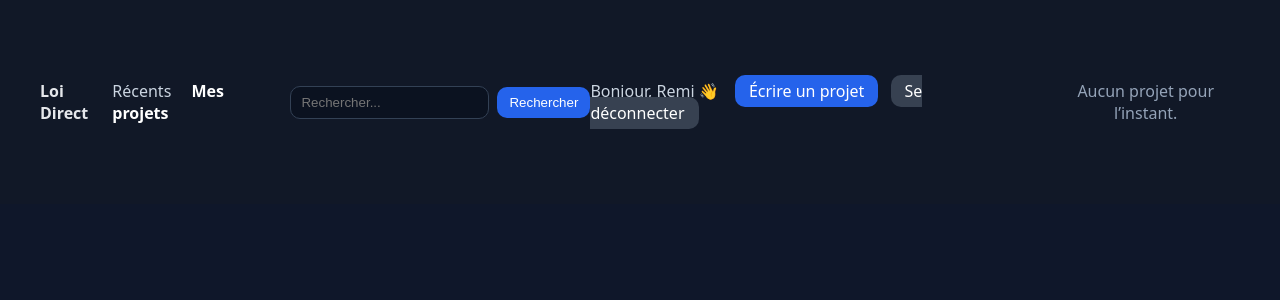
Repository: remi77130/loi-direct
Page: http://localhost/loi/index.php?mine=1
The author's editor kept a copy of each file at every save. The page is drawn from the files as they stood at one save, then again after the next save.
The browser window is 1280 px wide. The pictures show the whole page.
The page is run by PHP 8.4 with error messages shown; the project is at /var/www/html/. The session is filled in as if someone had signed in: {"user_id": 37, "pseudo": "Remi"}. The database holds what the project's SQL file puts in it.

Above is the page before, as saved 2025-09-16 13:32:36.

After the next save:
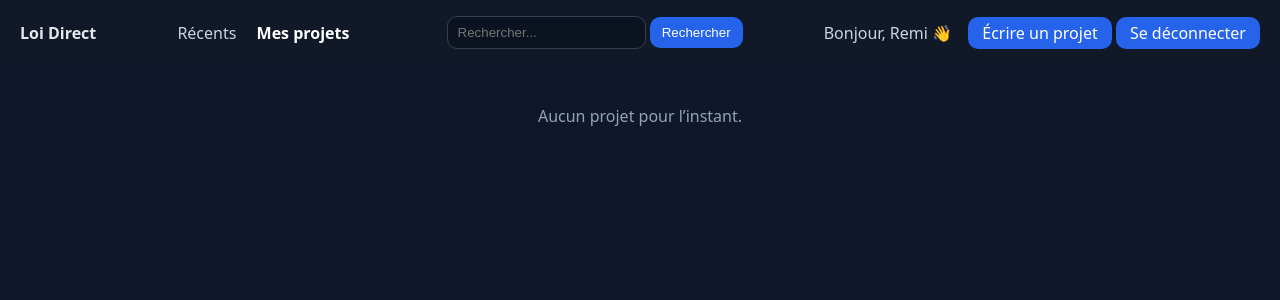
Saved 11 s later.
--- a/index.php
+++ b/index.php
@@ -120,34 +120,42 @@ $totalPages = max(1, (int)ceil($totalRows / $per));
 </head>
 <body>
 <header>
-  <header>
   <div class="brand">Loi Direct</div>
-
   <nav class="nav">
-    <a href="<?= APP_BASE ?>/index.php" class="<?= !$mine ? 'active' : '' ?>">Récents</a>
-    <a href="<?= APP_BASE ?>/index.php?mine=1" class="<?= $mine ? 'active' : '' ?>">Mes projets</a>
+
+    <a href="<?= APP_BASE ?>/index.php" class="<?php echo !$mine?'active':'';?>">Récents</a>
+     <a href="<?= APP_BASE ?>/index.php?mine=1" class="<?php echo $mine?'active':'';?>">Mes projets</a>
+
   </nav>
 
-  <form method="get" action="<?= APP_BASE ?>/index.php" style="display:flex;gap:8px;align-items:center">
-    <?php if ($mine): ?><input type="hidden" name="mine" value="1"><?php endif; ?>
-    <?php if ($tagSlug !== ''): ?><input type="hidden" name="tag" value="<?= htmlspecialchars($tagSlug, ENT_QUOTES) ?>"><?php endif; ?>
-
-    <input name="q" value="<?= htmlspecialchars($q, ENT_QUOTES) ?>" placeholder="Rechercher..."
-           style="padding:8px 10px;border-radius:10px;border:1px solid #334155;background:#0b1220;color:#e5e7eb">
-    <button class="btn" type="submit" style="padding:8px 12px">Rechercher</button>
-
-    <?php if ($q !== ''): ?>
-      <a class="btn" href="<?= APP_BASE ?>/index.php<?= $mine ? '?mine=1' : '' ?>" style="background:#374151">Effacer</a>
+
+
+
+
+
+
+  <form method="get" action="<?= APP_BASE ?> style="display:flex;gap:8px;align-items:center">
+  <?php if ($mine): ?><input type="hidden" name="mine" value="1"><?php endif; ?>
+
+  <input name="q" value="<?php echo htmlspecialchars($q, ENT_QUOTES); ?>" placeholder="Rechercher..."
+         style="padding:8px 10px;border-radius:10px;border:1px solid #334155;background:#0b1220;color:#e5e7eb">
+  <button class="btn" type="submit" style="padding:8px 12px">Rechercher</button>
+
+  <?php if ($q !== ''): ?>
+   <a class="btn" href="<?= APP_BASE ?>/index.php<?php echo $mine?'?mine=1':''; ?>" style="background:#374151">Effacer</a>
     <?php endif; ?>
-  </form>
+</form>
+
+
+
+
 
   <div>
-    <span style="margin-right:12px;color:#cbd5e1">Bonjour, <?= htmlspecialchars($_SESSION['pseudo'], ENT_QUOTES) ?> 👋</span>
+    <span style="margin-right:12px;color:#cbd5e1">Bonjour, <?php echo htmlspecialchars($_SESSION['pseudo'],ENT_QUOTES); ?> 👋</span>
     <a class="btn" href="<?= APP_BASE ?>/write.php">Écrire un projet</a>
-    <a class="btn" style="margin-left:8px;background:#374151" href="<?= APP_BASE ?>/logout.php">Se déconnecter</a>
+    <a class="btn" ... href="<?= APP_BASE ?>/logout.php">Se déconnecter</a>
   </div>
 </header>
-
 
 <main class="wrap">
 
